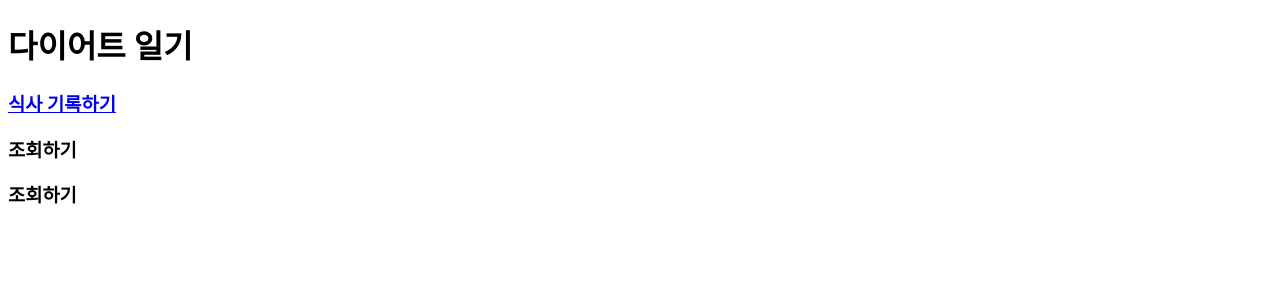
Repository: dkdud8140/OneDayProject_server
Page: Oneday_Server_food/src/main/webapp/index.html
An editor plug-in stored every save of this project. The page is shown before and after the next save, followed by the edit.
The browser window is 1280 px wide. The pictures show the whole page.

Above is the page before, as saved 2021-05-10 07:05:52.

### Oneday_Server_food/src/main/webapp/index.html
<!DOCTYPE html>
<html>
<head>
<meta charset="UTF-8">
<title>나의 다이어트 일기</title>
</head>
<body>
	<h1>다이어트 일기</h1>

	<h3><a href = "insert/selectName">식사 기록하기</a></h3>

	<h3>조회하기</h3>

	<h3>조회하기</h3>


</body>
</html>

After the next save:
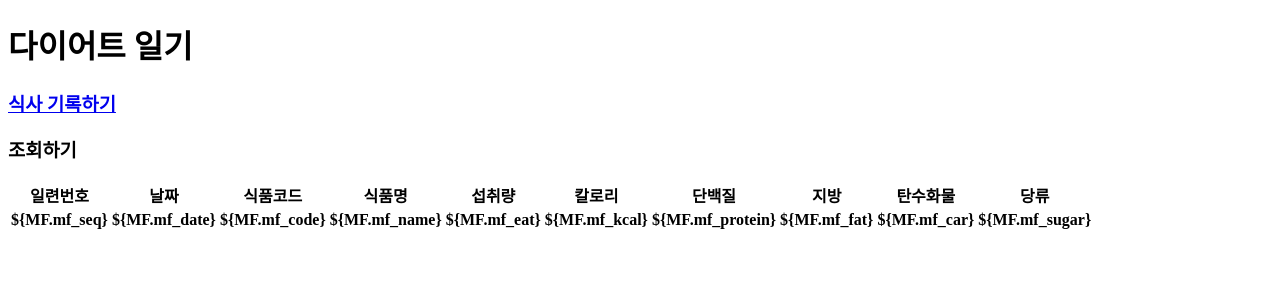
Saved 2 min 15 s later.
--- a/Oneday_Server_food/src/main/webapp/index.html
+++ b/Oneday_Server_food/src/main/webapp/index.html
@@ -11,8 +11,40 @@
 
 	<h3>조회하기</h3>
 
-	<h3>조회하기</h3>
+	<table>
+		<thead>
+			<tr>
+				<th>일련번호</th>
+				<th>날짜</th>
+				<th>식품코드</th>
+				<th>식품명</th>
+				<th>섭취량</th>
+				<th>칼로리</th>
+				<th>단백질</th>
+				<th>지방</th>
+				<th>탄수화물</th>
+				<th>당류</th>
+			</tr>
+		</thead>
 
+		<c:forEach items="${MFLIST}" var="MF">
+		<tbody>
+			<tr>
+				<th>${MF.mf_seq}</th>
+				<th>${MF.mf_date}</th>
+				<th>${MF.mf_code}</th>
+				<th>${MF.mf_name}</th>
+				<th>${MF.mf_eat}</th>
+				<th>${MF.mf_kcal}</th>
+				<th>${MF.mf_protein}</th>
+				<th>${MF.mf_fat}</th>
+				<th>${MF.mf_car}</th>
+				<th>${MF.mf_sugar}</th>
+			</tr>
+		</tbody>
+		</c:forEach>
+
+	</table>
 
 </body>
 </html>
